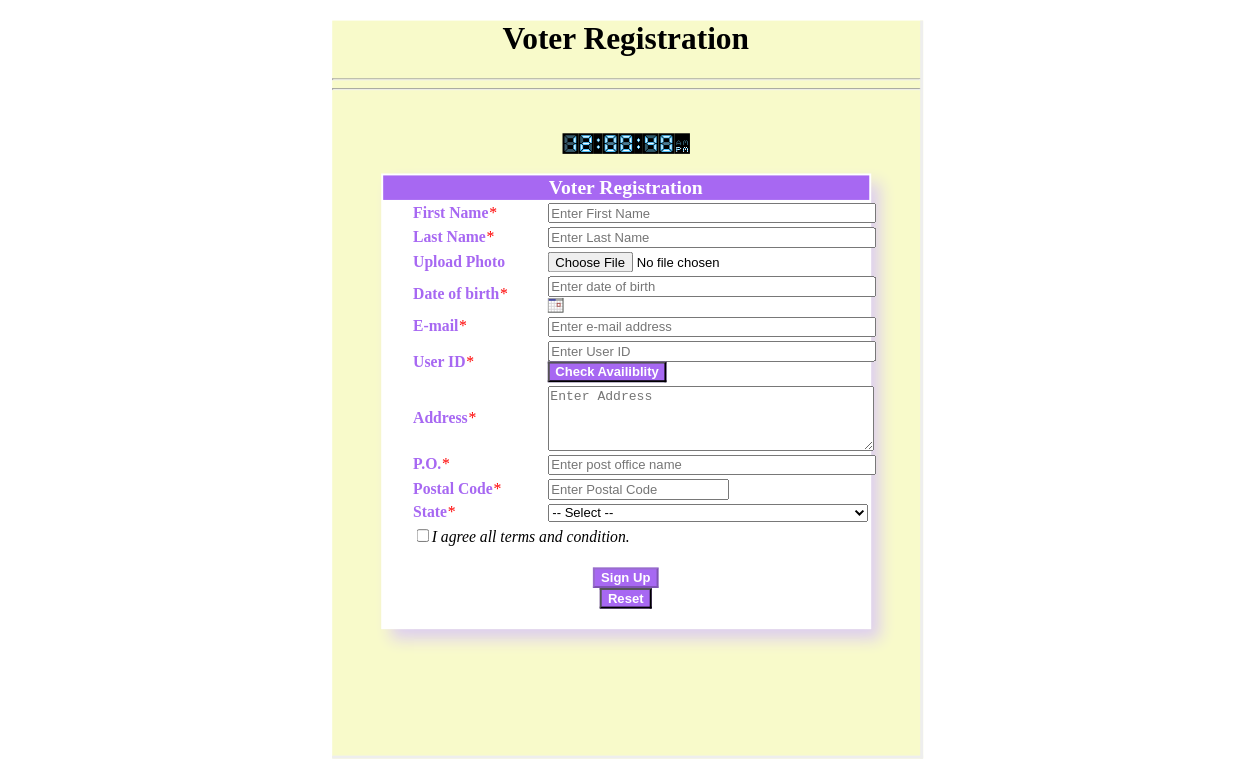
Repository: nsbgit/JavaTutorial
Page: http://localhost/TheVotingSystem/mainToVoterSection/voterSignUp.jsp
The author's editor kept a copy of each file at every save. The page is drawn from the files as they stood at one save, then again after the next save.
The browser window is 1280 px wide. The pictures show the whole page, at 98% of full size.
The page is served by Tomcat 9. Other server files are loaded and not shown. Queries for data that is not in the repository find no rows.

Above is the page before, as saved 2014-01-19 07:33:02.

### J2EE Webel Project/The Voting SystemByVikash/TheVotingSystem/WebContent/mainToVoterSection/voterSignUp.jsp
<%@page import="java.util.Iterator"%>
<%@page import="logic.DatabaseToArrayListConversion"%>
<%@page import="java.util.ArrayList"%>
<%@ page language="java" contentType="text/html; charset=ISO-8859-1"
    pageEncoding="ISO-8859-1"%>
<!DOCTYPE html PUBLIC "-//W3C//DTD HTML 4.01 Transitional//EN" "http://www.w3.org/TR/html4/loose.dtd">
<html>
<head>
<meta http-equiv="Content-Type" content="text/html; charset=ISO-8859-1">
<title>Voter Registration</title>
<link href="../css/mainWebPage.css" rel="stylesheet">
<script type="text/javascript" src="../js/jquery-1.7.1.min.js"></script>
<script type="text/javascript" src="../js/Validation.js"></script>
<script type="text/javascript" src="../js/datetimepicker_css.js"></script>
<script type="text/javascript" src="../js/imageColck.js"></script>
</head>
<body>
	<div class="body">
		<h1 align="center">Voter Registration</h1>
		<hr>
		<hr>
		<br>
		<br>

								<div style="text-align: center; padding-bottom: 20px;" class="">
									<script type="text/javascript">

										new imageclock.display()

									</script>
								</div>

		<form action="<%= request.getContextPath() %>/SVoterSignUp.do" method="post" enctype="multipart/form-data">
			<table align="center" class="box" width="500px">
				<tr>
					<th colspan="2" class="header" align="center">Voter Registration</th>
				</tr>
				<tr>
					<td>
						<label>First Name</label><em>*</em>
					</td>
					<td class="required">
						<input type="text" name="firstName" id="firstName" placeholder="Enter First Name" style="width: 100%">
					</td>
				</tr>

				<tr>
					<td>
						<label>Last Name</label><em>*</em>
					</td>
					<td class="required">
						<input type="text" name="lastName" id="lastName" placeholder="Enter Last Name" style="width: 100%">
					</td>
				</tr>


				<%
					String sql = "SELECT id, organisationName, firstName, lastName FROM admin_registration_information";
					ArrayList alist = new DatabaseToArrayListConversion().convertToArrayList(sql);
					Iterator it = alist.iterator();
					String[] data;
					if(it.hasNext()) {
				%>		<tr>
							<td>
								<label>Under organisation</label><em>*</em>
							</td>
							<td class="required">
								<select style="width: 100%" name="org" id="org">
									<option value=""> --- Select ---</option>

						<%	while(it.hasNext()) {
								data = (String[])it.next();
						%>		<option value="<%= data[0] %>"><%= data[1] %>	---> Run by -	<%= data[2]%> <%=data[3] %></option>
						<%	}
						%>
							</select>

							</td>
						</tr>
				<%	}
				%>
				<tr>
					<td>
						<label>Upload Photo</label>
					</td>
					<td>
						<input type="file" placeholder = "Upload Photo" name="image">
					</td>
				</tr>

				<tr>
					<td>
						<label>Date of birth</label><em>*</em>
					</td>
					<td class="required">
						<input type="text" name="dob" id="dob" placeholder="Enter date of birth" readonly="readonly" style="width: 100%">
						<img alt="Cal" src="../images/cal.gif" style="cursor:pointer;"  onclick="javascript:NewCssCal('dob','ddMMyyyy')">
					</td>
				</tr>

				<tr>
					<td>
						<label>E-mail</label><em>*</em>
					</td>
					<td class="required email">
						<input type="text" name="eMail" id="eMail" style="width: 100%" placeholder="Enter e-mail address">
					</td>
				</tr>

				<tr>
					<td>
						<label>User ID</label><em>*</em>
					</td>
					<td class="required">
						<input type="text" name="userID" id="userID" placeholder="Enter User ID" style="width: 100%">

						<div id="msgdd"></div>
						<input type="button" value="Check Availiblity" class="btn" onclick="checkAvailiblity( '<%= request.getContextPath() %>/SVoter.do?linkId=1');">
					</td>
				</tr>

				<tr>
					<td>
						<label>Address</label><em>*</em>
					</td>
					<td class="required">
						<textarea rows="4" cols="15" name="address" id="address" style="width: 100%" placeholder="Enter Address"></textarea>
					</td>
				</tr>
				<tr>
					<td>
						<label>P.O.</label><em>*</em>
					</td>
					<td class="required">
						<input type="text" name="po" id="po" placeholder="Enter post office name" style="width: 100%">
					</td>
				</tr>

				<tr>
					<td>
						<label>Postal Code</label><em>*</em>
					</td>
					<td>
						<input type="text" name="postalCode" id="postalCode" placeholder="Enter Postal Code">
					</td>

				</tr>

				<tr>
					<td>
						<label>State</label><em>*</em>
					</td>
					<td class="required">
						<select style="width: 100%" name="state" id="state">
							<option value="">-- Select --</option>
							<option value="Andaman and Nicobar Islands">Andaman and Nicobar Islands</option>
							<option value="Andhra Pradesh">Andhra Pradesh</option>
							<option value="Arunachal Pradesh">Arunachal Pradesh</option>
							<option value="Assam">Assam</option>
							<option value="Bihar">Bihar</option>
							<option value="Chandigarh">Chandigarh</option>
							<option value="Chhattisgarh">Chhattisgarh</option>
							<option value="Dadra and Nagar Haveli ">Dadra and Nagar Haveli </option>
							<option value="Daman and Diu">Daman and Diu</option>
							<option value="Delhi">Delhi</option>
							<option value="Goa">Goa</option>
							<option value="Gujarat">Gujarat</option>
							<option value="Haryana">Haryana</option>
							<option value="Himachal Pradesh">Himachal Pradesh</option>
							<option value="Jammu and Kashmir">Jammu and Kashmir</option>
							<option value="Jharkhand">Jharkhand</option>
							<option value="Karnataka[">Karnataka[</option>
							<option value="Kerala">Kerala</option>
							<option value="Lakshadweep">Lakshadweep</option>
							<option value="Madhya Pradesh">Madhya Pradesh</option>
							<option value="Maharashtra">Maharashtra</option>
							<option value="Manipur">Manipur</option>
							<option value="Meghalaya">Meghalaya</option>
							<option value="Mizoram">Mizoram</option>
							<option value="Nagaland">Nagaland</option>
							<option value="Odisha">Odisha</option>
							<option value="Puducherry">Puducherry</option>
							<option value="Punjab">Punjab</option>
							<option value="Rajasthan">Rajasthan</option>
							<option value="Sikkim">Sikkim</option>
							<option value="Tamil Nadu">Tamil Nadu</option>
							<option value="Tripura">Tripura</option>
							<option value="Uttar Pradesh">Uttar Pradesh</option>
							<option value="Uttarakhand">Uttarakhand</option>
							<option value="West Bengal">West Bengal</option>
						</select>
					</td>
				</tr>


				<tr>
					<td colspan="2" style="padding-left: 30px" class="required">
						<input type="checkbox" name="agree" id="agree" ><i>I agree all terms and condition.</i><br><br>
					</td>
				</tr>


				<tr>
					<td colspan="2" align="center">
						<div id="btnadd">
							<input type="submit" value="Sign Up" disabled="disabled" class="btn" onclick="return validation()">
						</div>
						<input type="reset" value="Reset" class="btn"><br><br>
					</td>
				</tr>

				<%
					if(session.getAttribute("registrationMsgS") != null) {
				%>	<tr>
						<td colspan="2" align="center">
							<font color="green"><b><%= session.getAttribute("registrationMsgS") %></b></font>
							<% session.removeAttribute("registrationMsgS"); %>
						</td>
					</tr>
				<%	}
				%>

				<%
					if(session.getAttribute("registrationMsgN") != null) {
				%>	<tr>
						<td colspan="2" align="center">
							<font color="red"><b><%= session.getAttribute("registrationMsgN") %></b></font>
							<% session.removeAttribute("registrationMsgN"); %>
						</td>
					</tr>
				<%	}
				%>
			</table>
		</form>
	</div>

</body>
</html>

### J2EE Webel Project/The Voting SystemByVikash/TheVotingSystem/src/logic/DatabaseToArrayListConversion.java
package logic;

import java.sql.Connection;
import java.sql.PreparedStatement;
import java.sql.ResultSet;
import java.sql.SQLException;
import java.util.ArrayList;

public class DatabaseToArrayListConversion {
	private Connection connection;
	private PreparedStatement preparedStatement;
	private ResultSet resultSet;
	private int countColumn;
	private ArrayList arrayList;
	private String[] data;
	private String temp;

	public ArrayList convertToArrayList(String sql) {
		try {
			connection = DatabaseConnectionOpen.createConnection();
			preparedStatement = connection.prepareStatement(sql);
			resultSet = preparedStatement.executeQuery();
			countColumn = resultSet.getMetaData().getColumnCount();
			arrayList = new ArrayList();

			while (resultSet.next()) {
				data = new String[countColumn];

				for (int i = 0; i < countColumn; i++) {
					data[i] = resultSet.getString(i+1);
				}
				arrayList.add(data);
			}
		} catch (ClassNotFoundException e) {
			e.printStackTrace();
		} catch (SQLException e) {
			e.printStackTrace();
		} finally {
			try {
				resultSet.close();
				preparedStatement.close();
				connection.close();
			} catch (SQLException e) {
				e.printStackTrace();
			}
		}

		return arrayList;
	}



	public ArrayList convertToArrayListBySession(String sql, String sessionId) {
		try {
			connection = DatabaseConnectionOpen.createConnection();
			preparedStatement = connection.prepareStatement(sql);
			resultSet = preparedStatement.executeQuery();
			countColumn = resultSet.getMetaData().getColumnCount();
			arrayList = new ArrayList();

			while (resultSet.next()) {
				temp = resultSet.getString(1);
				if (temp.equals(sessionId)) {
					data = new String[countColumn-1];

					for (int i = 0; i < countColumn-1; i++) {
						data[i] = resultSet.getString(i+2);
					}
					arrayList.add(data);
					break;
				}
			}
		} catch (ClassNotFoundException e) {
			e.printStackTrace();
		} catch (SQLException e) {
			e.printStackTrace();
		} finally {
			try {
				resultSet.close();
				preparedStatement.close();
				connection.close();
			} catch (SQLException e) {
				e.printStackTrace();
			}
		}
		return arrayList;
	}
}

### J2EE Webel Project/The Voting SystemByVikash/TheVotingSystem/src/logic/DatabaseConnectionOpen.java
package logic;

import java.sql.Connection;
import java.sql.DriverManager;
import java.sql.SQLException;

public class DatabaseConnectionOpen {
	public static Connection createConnection() throws ClassNotFoundException, SQLException {
		Class.forName("com.mysql.jdbc.Driver");
		return DriverManager.getConnection("jdbc:mysql://localhost/the_voting_database", "root", "");
	}
}

### J2EE Webel Project/The Voting SystemByVikash/TheVotingSystem/WebContent/css/mainWebPage.css
@CHARSET "ISO-8859-1";

.error{
	color: red;
	font-size: 12px;
}
.hyperLink {
	color: blue;
	font-family: cursive;
	font-style: italic;
	padding-left: 30px;
}


.header{
	background-color: #a768f2;
	color: #ffffff;
	font-size: 20px;
	font-weight: bold
}
LABEL{
	color: #a768f2;
	font-weight: bold;
	padding-left: 30px
}

.viewPro {
	color: #243A80;
	font-family: inherit;
	padding-left: 30px;
}

.box{
box-shadow: 10px 10px 15px #ddcef0;
background-color: white;
}
.body{
	background-color: #F8FACA;
	width: 600px;
	height: 750px;
	margin: 0 auto;
	border-bottom-style: inset;
	border-right-style: inset;
}
.btn{
	background-color: #a768f2;
	color: white;
	font-weight: bold;
}
.recordsBody {
	background-color: #F8FACA;
	width: 1572px;
	height: 950px;
	margin: 0 auto;
	border-bottom-style: inset;
	border-right-style: inset;
}

EM {
	color: red;
	font-family: cursive;
}

.pageHeader {
	background-color: whtie;
	color: #833059;
	font-family: inherit;
	box-shadow: 10px 10px 15px #ddcef0;
}

.sessionMessage {
	color: green;
	font-style: italic;
	font-family: cursive;
}

em {
	color: red;
	font-family: cursive;
}












/*globsyn registration*/
/*
body {
    color: #333333;
    font-family: arial,tahoma;
    font-size: 12px;
    margin: 0;
}
h6 {
    color: #FFFFFF;
    float: left;
    font-weight: 100;
}
#formcontainer, #container {
    border: 1px solid #CCCCCC;
    margin: 0 auto;
    width: 800px;
}
#container {
    border: medium none;
    width: 1000px;
}
#formheader, #header {
    background: none repeat scroll 0 0 #333333;
    border-bottom: 5px solid #4B7FC1;
    color: #FFFFFF;
    font: bold 20px/30px tahoma,arial;
    height: 40px;
    padding: 10px;
}
#formheader img, #header img {
    float: left;
    height: 30px;
}
#instructions {
    background: none repeat scroll 0 0 #FAFAFA;
    border: 1px dashed #CCCCCC;
    margin: 10px;
    padding: 10px;
}
#instructions b {
    display: block;
}
#instructions ul {
    font: 11px arial;
    list-style: square outside none;
}
#form {
    padding: 10px;
}
#form span {
    border-bottom: 1px dashed #CCCCCC;
    color: #4B7FC1;
    display: block;
    font: bold 14px/18px tahoma,verdana,arial;
    margin: 10px 0 20px;
}
.formnames, .logfnames {
    clear: both;
    float: left;
    width: 150px;
}
.logfnames {
    width: 80px;
}
.input {
    border: 1px solid #CCCCCC;
    width: 200px;
}
#form i {
    font-size: 11px;
}
#form select {
    border: 1px solid #CCCCCC;
}
#openother, #openothergtri, #postgrad {
    display: none;
}
#refferedid {
    background: none repeat scroll 0 0 #FAFAFA;
    border: 1px dotted #DDDDDD;
    margin-bottom: 12px;
    padding: 10px;
}
.dddetails {
    background: none repeat scroll 0 0 #DDDDDD;
    border: 1px dashed #DDDDDD;
    margin-bottom: 12px;
    padding: 10px;
}
.ddinfo {
    color: #4B7FC1;
    font-size: 11px;
    margin-bottom: 5px;
}
.onlinterms {
    font-size: 11px;
    margin-bottom: 8px;
}
.disclaimer {
    color: #4B7FC1;
    font-size: 11px;
    margin-bottom: 8px;
}
.iagree {
    background: none repeat scroll 0 0 #BBBBBB;
    line-height: 23px;
}
.button {
    background: none repeat scroll 0 0 #333333;
    border: 1px inset #CCCCCC;
    color: #FFFFFF;
}
#formfoot {
    background: none repeat scroll 0 0 #333333;
    border-top: 5px solid #4B7FC1;
    height: 50px;
    margin-top: 25px;
}
#formfoot ul {
    color: #FFFFFF;
    float: right;
    list-style-type: none;
    margin-right: 10px;
}
#formfoot ul li {
    display: inline;
    padding-left: 5px;
}
.fl {
    float: left;
}
.black {
    background: none repeat scroll 0 0 #333333;
    border-top: 1px solid #4B7FC1;
    color: #FFFFFF;
    width: 100%;
}
.black p {
    padding: 5px;
}
.subedu {
    border-bottom: 1px dotted #CCCCCC;
    color: #4B7FC1;
    display: block;
    font: bold 11px/23px tahoma,verdana,arial;
    margin: 10px 0;
}
#error, .error {
    background: none repeat scroll 0 0 #FFEBE8;
    border: 1px solid #A80000;
    color: #A80000;
    display: none;
    font: bold 12px/22px tahoma,verdana,arial;
    padding: 10px;
    text-align: center;
}
.error {
    display: block;
}
#footer {
    background: none repeat scroll 0 0 #333333;
    border-top: 5px solid #4B7FC1;
    clear: both;
    color: #FFFFFF;
    height: 60px;
    margin-top: 10px;
    padding-top: 10px;
}
#footer a {
    color: #FFFFFF;
    font-size: 12px;
    padding: 5px;
    text-decoration: none;
}
#navi {
    color: #FFFFFF;
    float: right;
    font: 12px/20px arial;
    margin-right: 20px;
    padding: 20px;
}
#navi a {
    color: #FFFFFF;
    text-decoration: none;
}
#navi a:hover {
    color: #4B7FC1;
    text-decoration: underline;
}
#maincontent {
    height: 400px;
    padding: 10px;
}
#successmess {
    color: #333333;
    font: bold 12px tahoma,verdana,arial;
    height: 200px;
    margin: 0 auto;
    padding: 60px 10px;
    width: 600px;
}
.showdetails {
    background: none repeat scroll 0 0 #F3F0E9;
    border: 1px solid #BBBBBB;
    font-size: 11px;
    margin: 0 20px 20px;
    padding: 5px 10px;
}
.showdetails div {
    border: 0 none;
    color: #A80000;
    display: block;
    font-weight: bold;
    padding-top: 5px;
}
.showdetails ul {
    list-style: square outside none;
}
.porgramselection {
    display: block;
    margin-top: 10px;
    padding-left: 80px;
}
.locations b {
    color: #A80000;
    font: bold 14px Tahoma,verdana,arial;
}
.applybtn {
    background: linear-gradient(to bottom, #F2F6F8 0%, #D8E1E7 50%, #B5C6D0 51%, #E0EFF9 100%) repeat scroll 0 0 rgba(0, 0, 0, 0);
    border: 1px solid #CCCCCC;
    border-radius: 5px;
    cursor: pointer;
    font-weight: 700;
    padding: 5px 20px;
}
.adjMargin {
    margin-left: 10px;
}
.accordion {
    background-color: #EEEEEE;
    border: 1px solid #CCCCCC;
    border-radius: 3px;
    box-shadow: 0 1px 0 #999999;
    width: 100%;
}
.accordion section h2 {
    background: none repeat scroll 0 0 #80BCD3;
    text-indent: 14px;
}
.accordion section h2 a {
    color: #FFFFFF;
    font-weight: 700;
}
.accordion section {
    background-color: #FFFFFF;
    background-image: -moz-linear-gradient(center top , #FFFFFF, #EEEEEE);
    border-bottom: 1px solid #CCCCCC;
    border-radius: 5px;
}
.accordion h2, .accordion p {
    margin: 0;
}
.accordion p {
    padding: 10px;
}
.accordion h2 a {
    border-radius: 5px;
    color: #333333;
    display: block;
    font: 14px/1 'Trebuchet MS','Lucida Sans';
    padding: 10px;
    position: relative;
    text-decoration: none;
}
.accordion h2 a:hover {
    background: none repeat scroll 0 0 #009999;
}
.accordion h2 + div {
    height: 0;
    overflow: hidden;
    transition: height 0.3s ease-in-out 0s;
}
.accordion *:target h2 a:after {
    border-left: 5px solid rgba(0, 0, 0, 0);
    border-right: 5px solid rgba(0, 0, 0, 0);
    border-top: 5px solid #333333;
    content: "";
    margin-top: -3px;
    position: absolute;
    right: 10px;
    top: 50%;
}
.accordion *:target h2 + div {
    height: 100px;
    overflow-y: auto;
}
.adjchkbox {
    margin-top: 7px !important;
    position: absolute;
    z-index: 9999;
}

*/

/**********************/

### J2EE Webel Project/The Voting SystemByVikash/TheVotingSystem/WebContent/js/imageColck.js
/***********************************************

* JavaScript Image Clock- by JavaScript Kit (www.javascriptkit.com)
* This notice must stay intact for usage
* Visit JavaScript Kit at http://www.javascriptkit.com/ for this script and 100s more

***********************************************/

var imageclock=new Object()
	//Enter path to clock digit images here, in order of 0-9, then "am/pm", then colon image:
	imageclock.digits=["../images/c0.gif", "../images/c1.gif", "../images/c2.gif", "../images/c3.gif", "../images/c4.gif", "../images/c5.gif", "../images/c6.gif", "../images/c7.gif", "../images/c8.gif", "../images/c9.gif", "../images/cam.gif", "../images/cpm.gif", "../images/colon.gif"]
	imageclock.instances=0
	var preloadimages=[]
	for (var i=0; i<imageclock.digits.length; i++){ //preload images
		preloadimages[i]=new Image()
		preloadimages[i].src=imageclock.digits[i]
	}

	imageclock.imageHTML=function(timestring){ //return timestring (ie: 1:56:38) into string of images instead
		var sections=timestring.split(":")
		if (sections[0]=="0") //If hour field is 0 (aka 12 AM)
			sections[0]="12"
		else if (sections[0]>=13)
			sections[0]=sections[0]-12+""
		for (var i=0; i<sections.length; i++){
			if (sections[i].length==1)
				sections[i]='<img src="'+imageclock.digits[0]+'" />'+'<img src="'+imageclock.digits[parseInt(sections[i])]+'" />'
			else
				sections[i]='<img src="'+imageclock.digits[parseInt(sections[i].charAt(0))]+'" />'+'<img src="'+imageclock.digits[parseInt(sections[i].charAt(1))]+'" />'
		}
		return sections[0]+'<img src="'+imageclock.digits[12]+'" />'+sections[1]+'<img src="'+imageclock.digits[12]+'" />'+sections[2]
	}

	imageclock.display=function(){
		var clockinstance=this
		this.spanid="clockspan"+(imageclock.instances++)
		document.write('<span id="'+this.spanid+'"></span>')
		this.update()
		setInterval(function(){clockinstance.update()}, 1000)
	}

	imageclock.display.prototype.update=function(){
		var dateobj=new Date()
		var currenttime=dateobj.getHours()+":"+dateobj.getMinutes()+":"+dateobj.getSeconds() //create time string
		var currenttimeHTML=imageclock.imageHTML(currenttime)+'<img src="'+((dateobj.getHours()>=12)? imageclock.digits[11] : imageclock.digits[10])+'" />'
		document.getElementById(this.spanid).innerHTML=currenttimeHTML

	}

Loaded but not shown: J2EE Webel Project/The Voting SystemByVikash/TheVotingSystem/WebContent/js/jquery-1.7.1.min.js (library); J2EE Webel Project/The Voting SystemByVikash/TheVotingSystem/WebContent/js/datetimepicker_css.js (316 lines, source omitted); J2EE Webel Project/The Voting SystemByVikash/TheVotingSystem/WebContent/js/Validation.js (353 lines, source omitted)

After the next save:
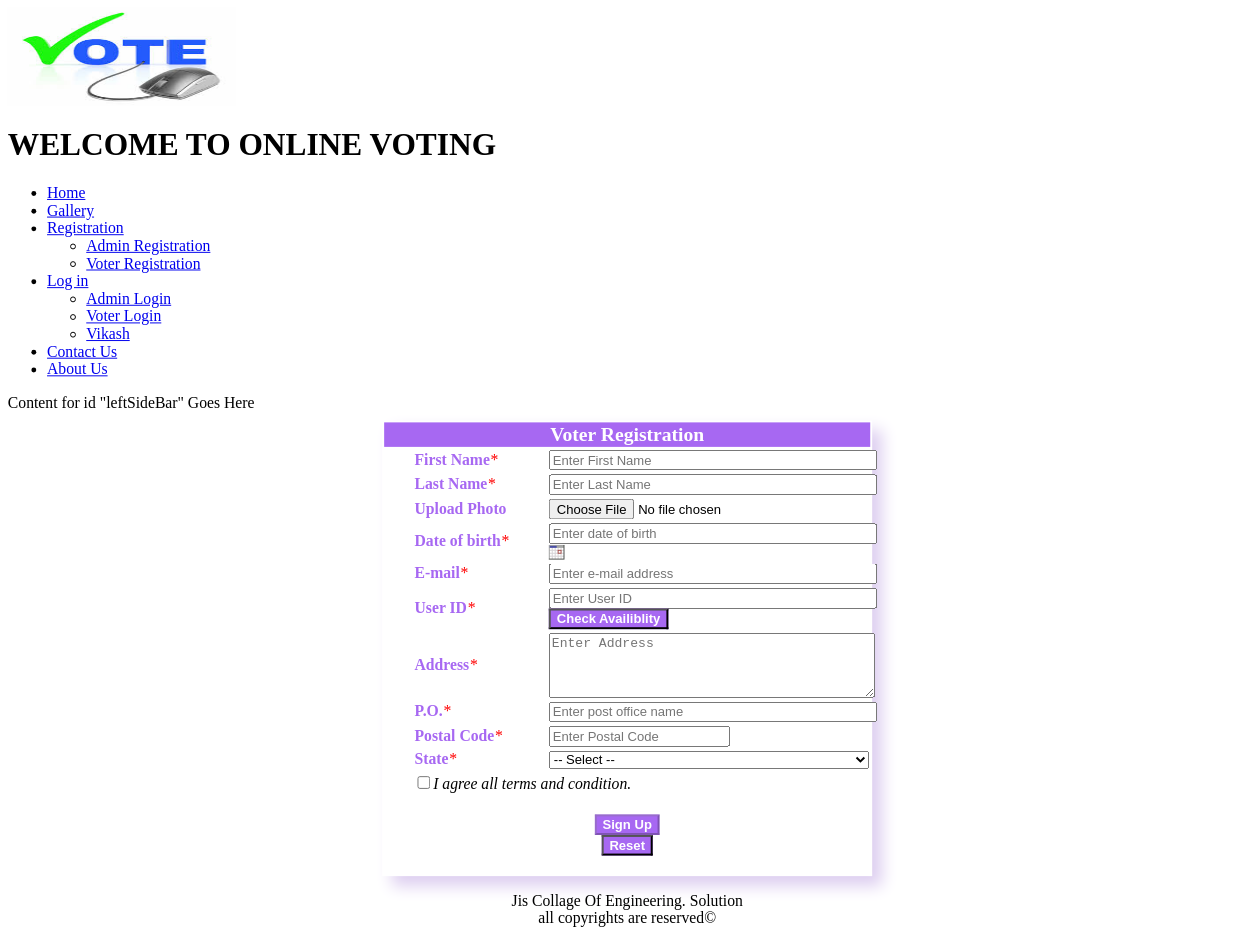
Saved 2 min 23 s later.
--- a/J2EE Webel Project/The Voting SystemByVikash/TheVotingSystem/WebContent/mainToVoterSection/voterSignUp.jsp
+++ b/J2EE Webel Project/The Voting SystemByVikash/TheVotingSystem/WebContent/mainToVoterSection/voterSignUp.jsp
@@ -15,22 +15,46 @@
 <script type="text/javascript" src="../js/imageColck.js"></script>
 </head>
 <body>
-	<div class="body">
-		<h1 align="center">Voter Registration</h1>
-		<hr>
-		<hr>
-		<br>
-		<br>
-
-								<div style="text-align: center; padding-bottom: 20px;" class="">
-									<script type="text/javascript">
-
-										new imageclock.display()
-
-									</script>
-								</div>
-
-		<form action="<%= request.getContextPath() %>/SVoterSignUp.do" method="post" enctype="multipart/form-data">
+
+<div id="container">
+				<header id="page_header">
+				<img src="../logo/download.jpg" alt="logo" width='232' height='100' class="logo" />
+					<h1 class="head_text">WELCOME TO ONLINE VOTING</h1>
+				</header>
+				</div>
+
+<div id="container">
+  		<div id="header">
+
+  		</div>
+  			<div id="menuBar"><div id='cssmenu'>
+				<ul>
+   					<li class='active'><a href='#'><span>Home</span></a></li>
+   					<li><a href='#'><span>Gallery</span></a></li>
+   					<li class='has-sub'><a href='#'><span>Registration</span></a>
+     			<ul>
+         			<li><a href='ship_reg.jsp'><span>Admin Registration</span></a></li>
+         			<li class='last'><a href='sukanta_reg.jsp'><span>Voter Registration</span></a></li>
+      			</ul>
+   			</li>
+   				<li class='has-sub'><a href='#'><span>Log in</span></a>
+      		<ul>
+         		<li><a href='#'><span>Admin Login</span></a></li>
+         		<li><a href='#'><span>Voter Login</span></a></li>
+         		<li class='last'><a href='sup_log.jsp'><span>Vikash</span></a></li>
+      		</ul>
+   		</li>
+   				<li><a href='Contact.jsp"'><span>Contact Us</span></a></li>
+   				<li class='last'><a href='#p'><span>About Us</span></a></li>
+		</ul>
+	</div></div>
+  		<div id="leftSideBar">Content for  id "leftSideBar" Goes Here</div>
+  		<div id="content">
+		<%-- Paste div clas body here --%>
+
+	<div>
+
+		<form action="<%= request.getContextPath() %>/SVoterSignUp.do" method="post" enctype="multipart/form-data" style="padding-top: 9px;">
 			<table align="center" class="box" width="500px">
 				<tr>
 					<th colspan="2" class="header" align="center">Voter Registration</th>
@@ -234,5 +258,21 @@
 		</form>
 	</div>
 
+
+
+
+
+
+		</div>
+
+
+
+  		</div>
+  		<div id="footer"><p align="center">Jis Collage Of Engineering. Solution<br />
+  		all copyrights are reserved&copy;
+  		</p></div>
+
+</div>
+
 </body>
 </html>
